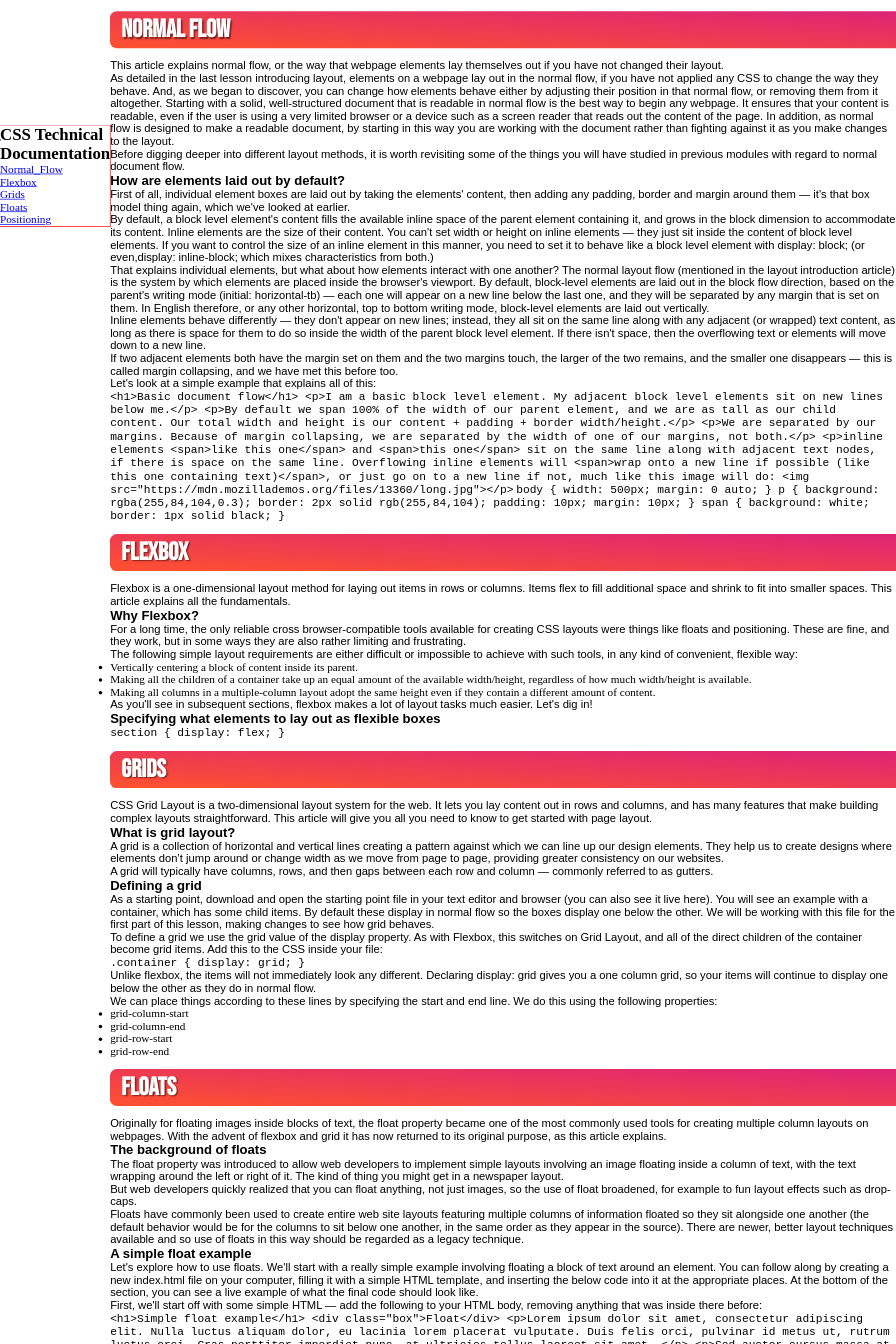
Repository: Colo-Codes/freecodecamp-04-Technical-Documentation-Page
Page: index.html
The author's editor kept a copy of each file at every save. The page is drawn from the files as they stood at one save, then again after the next save.
The browser window is 1280 px wide. The pictures show the part of the page from y = 0 to 1920 px (the page is 2557 px tall before and 3226 px after), at 70% of full size.
Some web fonts or font styles are not loaded; a fallback is used.

Above is the page before, as saved 2021-05-21 12:38:43.

After the next save:
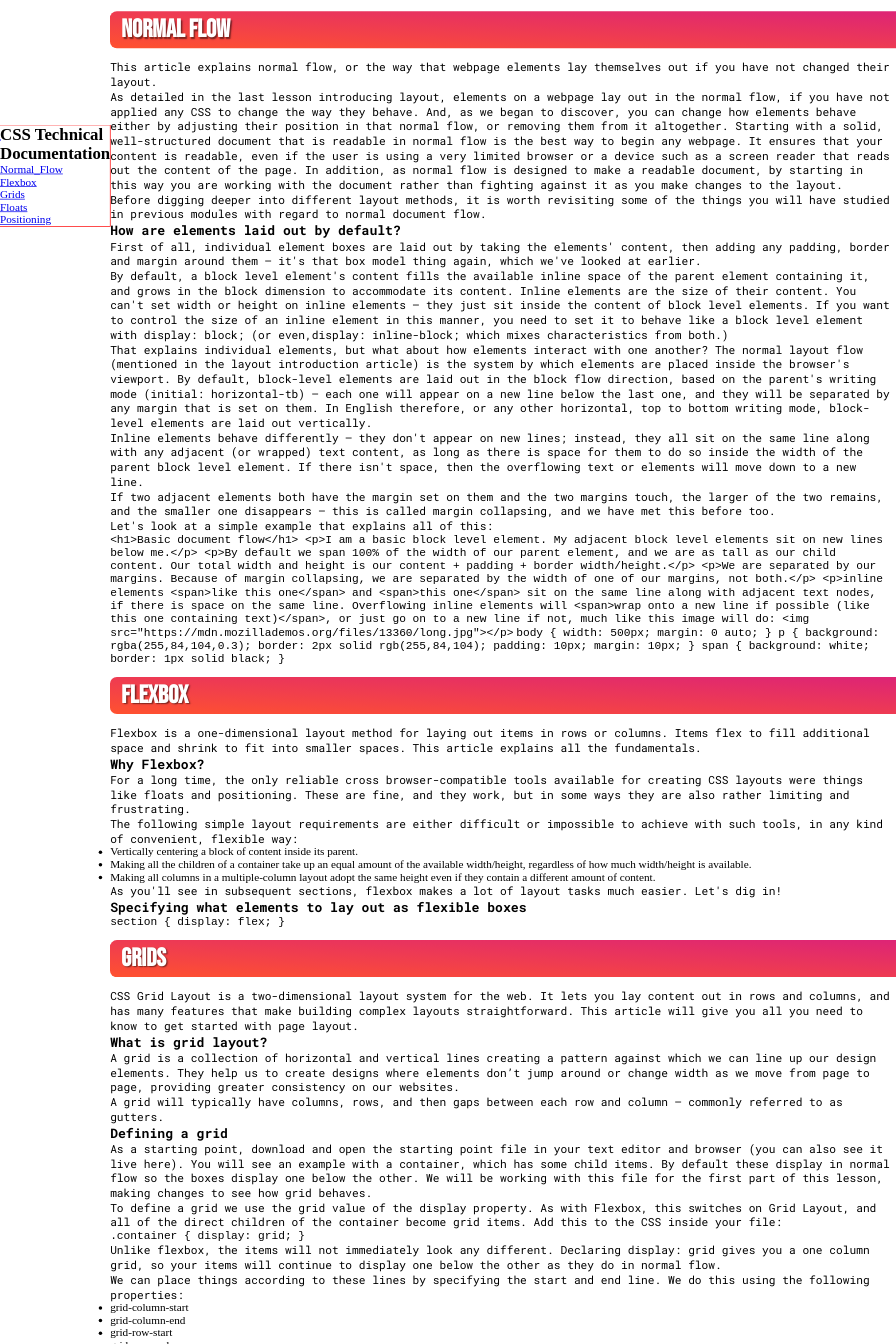
Saved 66 s later.
--- a/index.html
+++ b/index.html
@@ -7,7 +7,8 @@
     <meta name="viewport" content="width=device-width, initial-scale=1.0">
     <link rel="stylesheet" href="./resources/css/index.css" type="text/css">
     <link rel="preconnect" href="https://fonts.gstatic.com">
-<link href="https://fonts.googleapis.com/css2?family=Bebas+Neue&display=swap" rel="stylesheet">
+<link href="https://fonts.googleapis.com/css2?family=Bebas+Neue&family=Pattaya&family=Roboto+Mono:wght@100;400;700&display=swap" rel="stylesheet">
+
     <title>Technical Documentation Page</title>
 </head>
 
